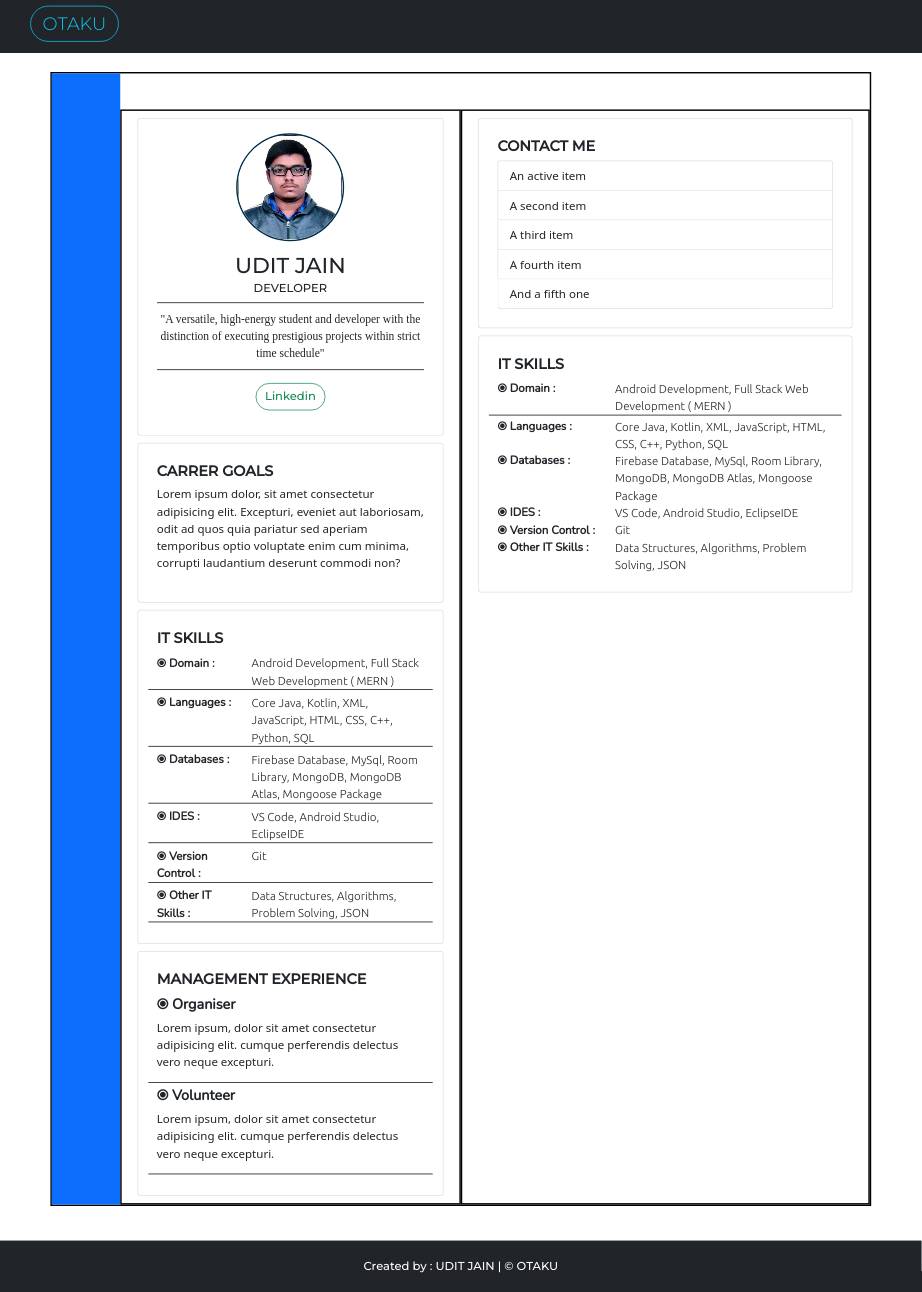
Repository: uditjain100/Responsive-Resume
Page: layouts/index.html
These files come from the project's save history. The page is drawn as it stood at one moment and after the next save; the edit follows.
The browser window is 1280 px wide. The pictures show the whole page, at 72% of full size.
Some web fonts or font styles are not loaded; a fallback is used. Some web libraries are served in a nearby version.

Above is the page before, as saved 2021-03-01 15:23:31.

After the next save:
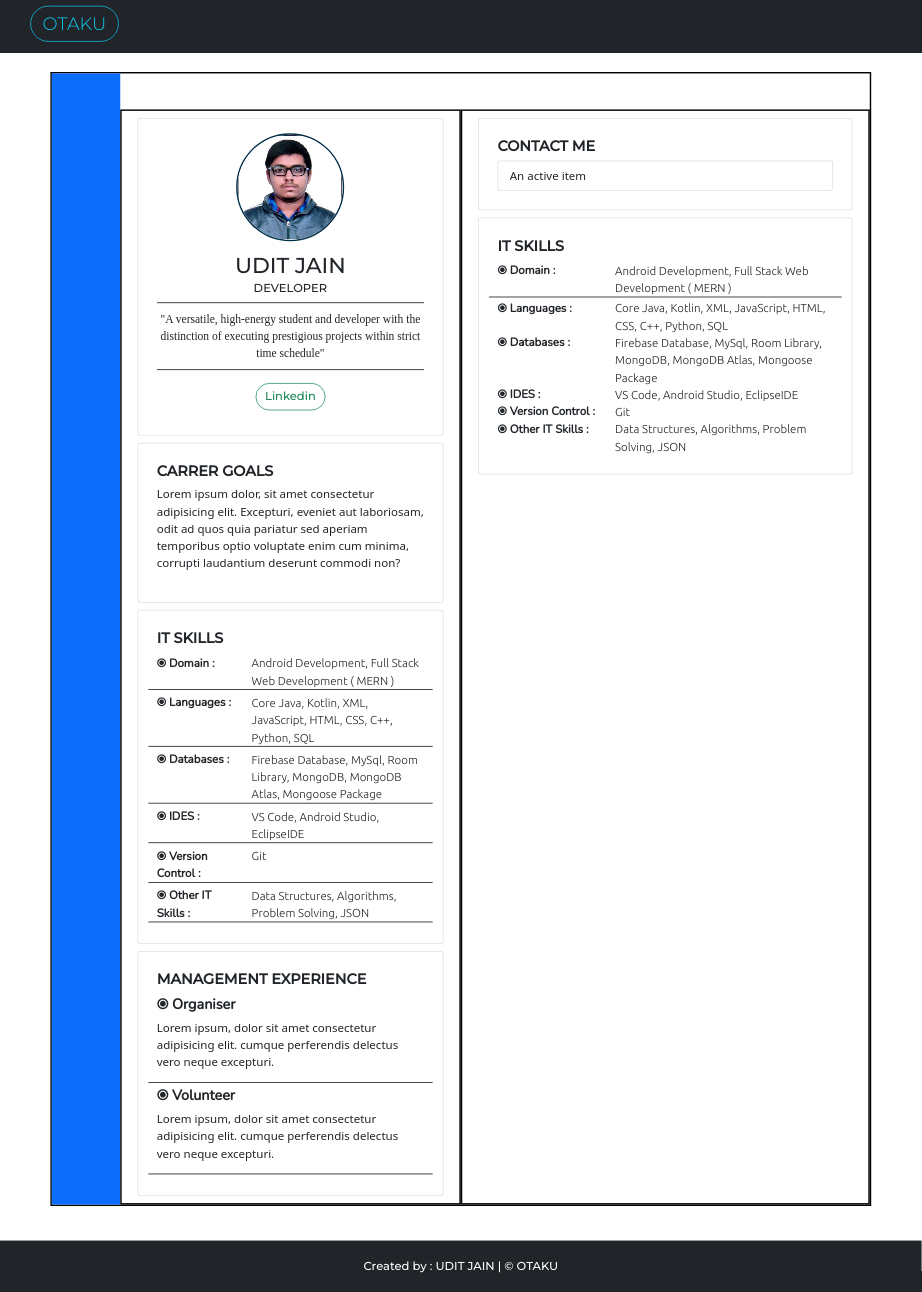
Saved 9 s later.
--- a/layouts/index.html
+++ b/layouts/index.html
@@ -170,10 +170,6 @@
               <h3 class="card-title">CONTACT ME</h3>
               <ul class="list-group">
                 <li class="list-group-item">An active item</li>
-                <li class="list-group-item">A second item</li>
-                <li class="list-group-item">A third item</li>
-                <li class="list-group-item">A fourth item</li>
-                <li class="list-group-item">And a fifth one</li>
               </ul>
             </div>
           </div>
